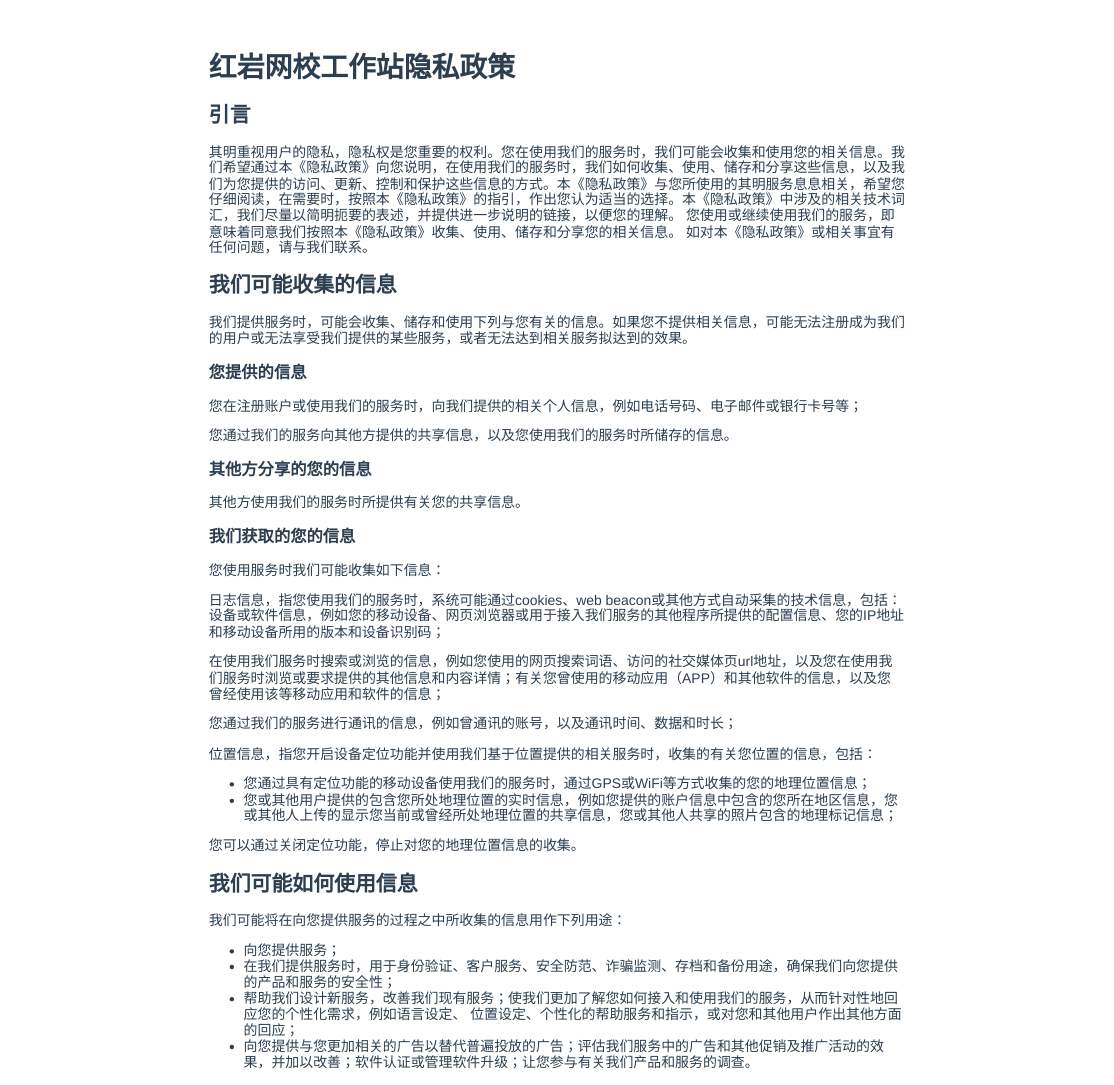
Repository: zl-mdc/privacy-policy
Page: /
An editor plug-in stored every save of this project. The page is shown before and after a run of saves, followed by the edit.
The browser window is 1280 px wide. The pictures show the whole page, at 87% of full size.
The project was rebuilt for these pictures with package versions that can differ from the ones it lists, and the page was loaded fresh each time.

Above is the page before, as saved 2020-09-17 15:41:50.

After the next 2 saves:
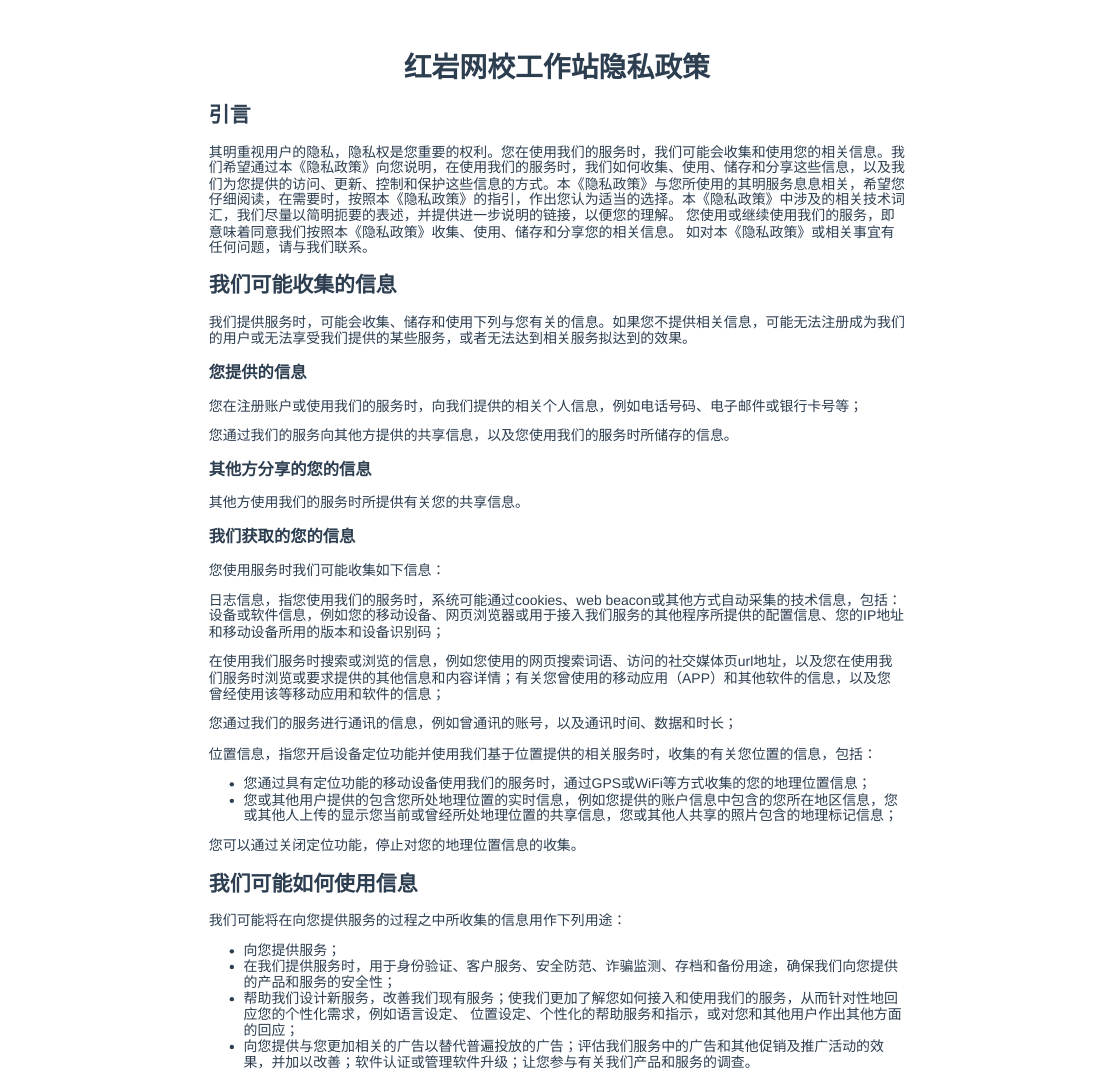
The 2 saves are shown as one change because they came seconds apart.
The last was saved 17 s later.
--- a/src/components/Info.vue
+++ b/src/components/Info.vue
@@ -1,7 +1,7 @@
 <!--
  * @Author: Code_Master
  * @Date: 2020-09-17 15:00:51
- * @LastEditTime: 2020-09-17 15:41:50
+ * @LastEditTime: 2020-09-17 15:42:06
  * @LastEditors: Code_Master
  * @FilePath: /privacy-policy/src/components/Info.vue
  * @Description: The first 90% of the code accounts for the first 90% of the development time. The remaining 10% of the code accounts for the other 90% of the development time.
@@ -55,14 +55,9 @@ export default {
         margin: 0 auto;
         text-align: left;
     }
-    h2 {
-        text-align: left;
-    }
-    p {
-        text-align: left;
-    }
-    h3 {
-        text-align: left;
+    h1 {
+        text-align: center;
     }
 
+
 </style>
